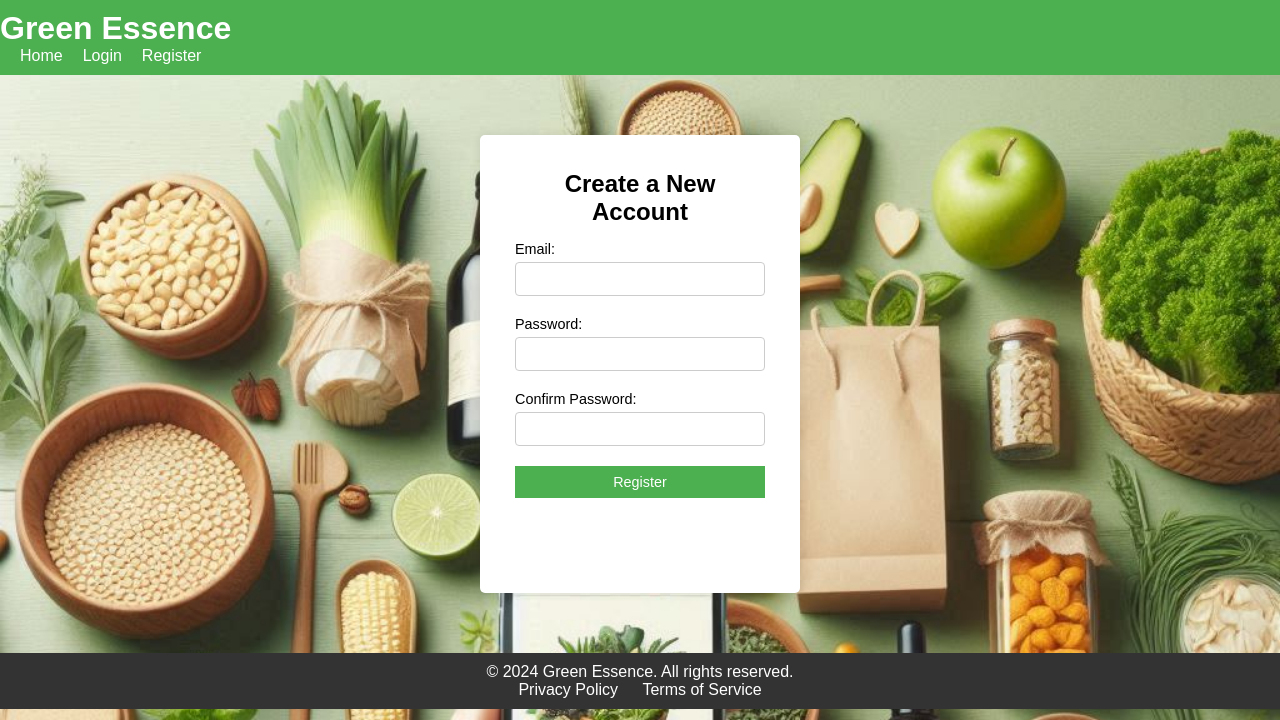
Repository: niki3210/Sahyadri
Page: Projectorganic/Register.html
These files come from the project's save history. The page is drawn as it stood at one moment and after the next save; the edit follows.
The browser window is 1280 px wide. The pictures show the whole page.

Above is the page before, as saved 2024-06-21 14:37:03.
Not found: Projectorganic/script.js

After the next save:
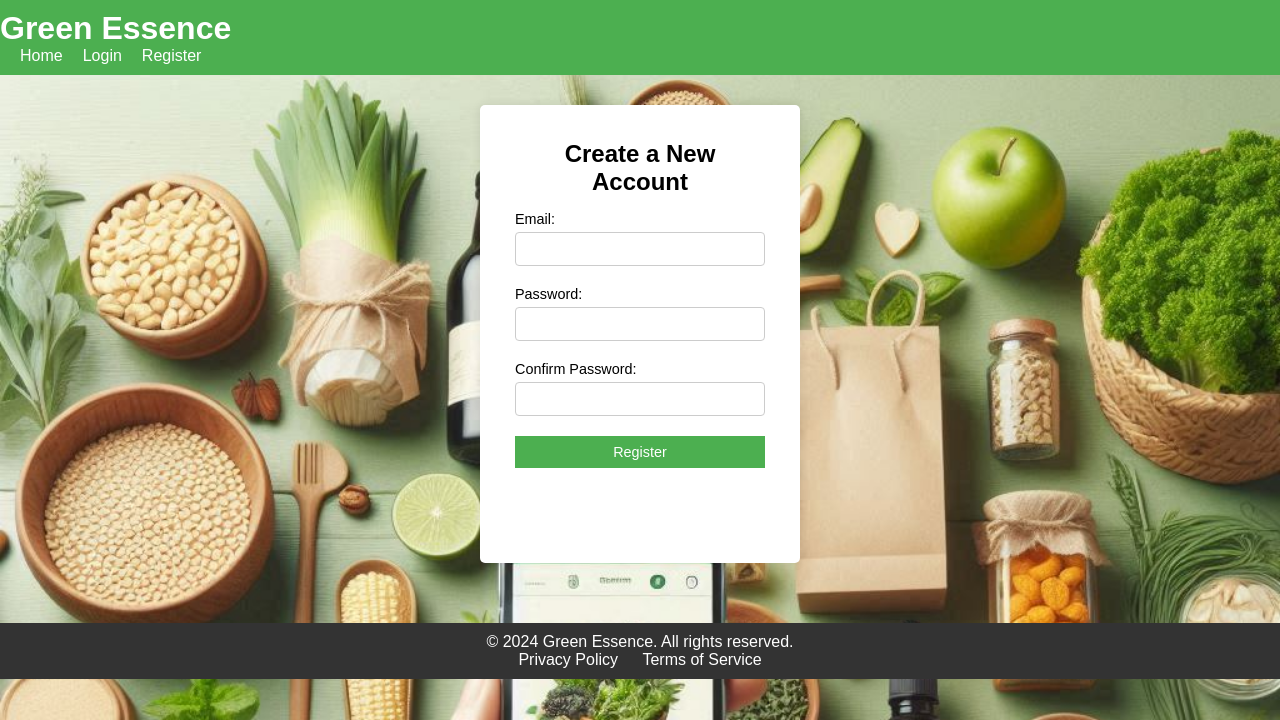
Saved 9 s later.
--- a/Projectorganic/styles.css
+++ b/Projectorganic/styles.css
@@ -125,7 +125,7 @@ section {
     border-radius: 5px;
     box-shadow: 0 0 10px rgba(0, 0, 0, 0.1);
     flex: 1; /* Use flex: 1 to push footer to the bottom */
-    margin-top: 60px;
+    margin-top: 30px;
     margin-bottom: 60px;
     padding: 20px;
 }
